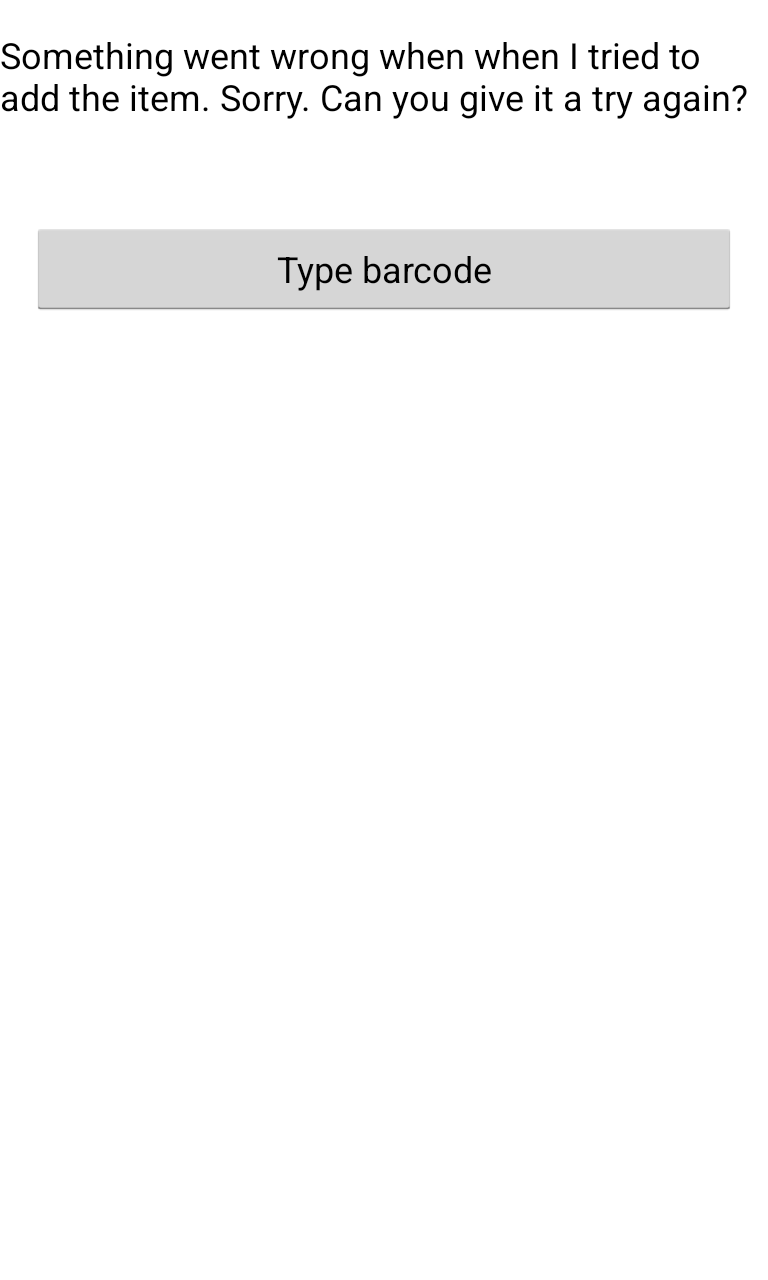
Repository: harvard-lil/wtwba-android-app
Layout: wtwba/res/layout/activity_scan_error.xml
These files come from the project's save history. The layout is drawn as it stood at one moment and after the next save; the edit follows.
It is drawn on a 768 x 1280 px phone screen (xhdpi) without system bars, with theme AppTheme; the app's code is not run.

Above is the layout before, as saved 2013-03-18 16:50:45.

After the next save:
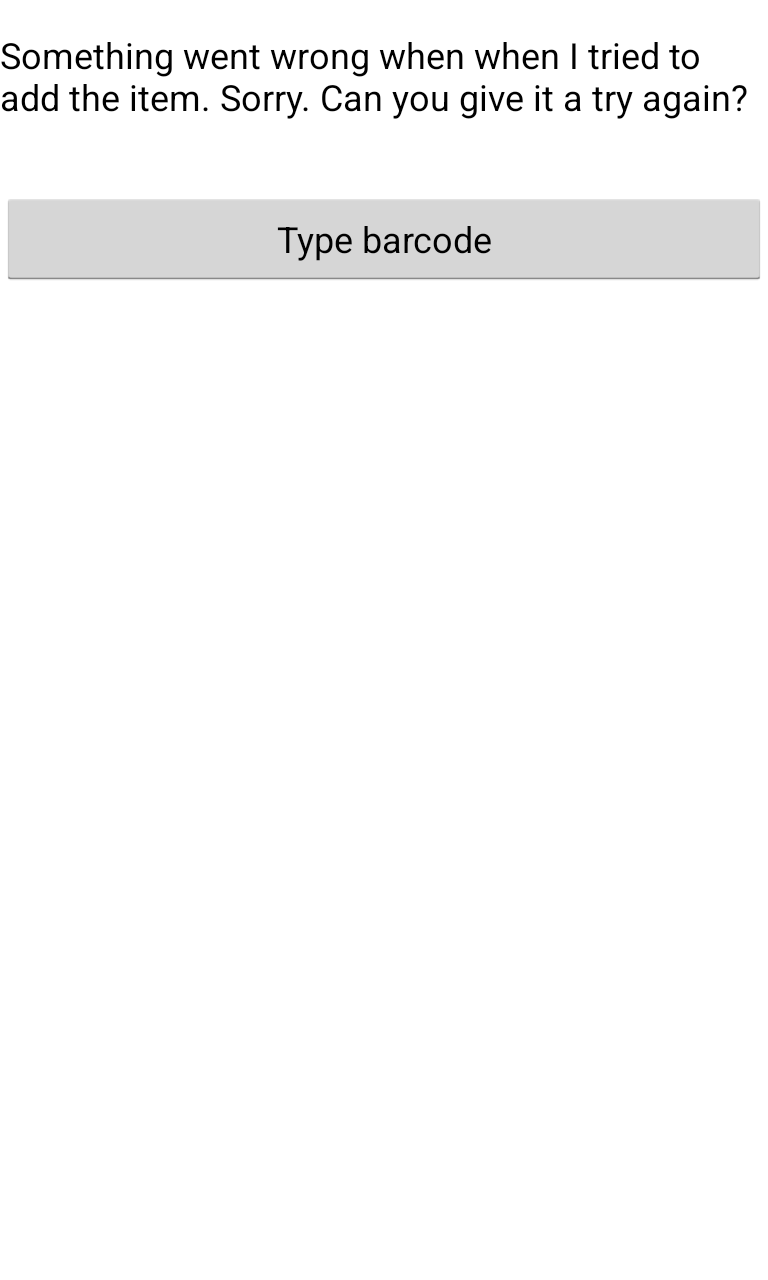
Saved 18 s later.
--- a/wtwba/res/layout/activity_scan_error.xml
+++ b/wtwba/res/layout/activity_scan_error.xml
@@ -17,7 +17,6 @@
 	<LinearLayout
 	    android:layout_width="fill_parent"
 	    android:layout_height="fill_parent"
-	    android:layout_margin="15dip"
 	    android:orientation="horizontal" >
 
 	    <Button
